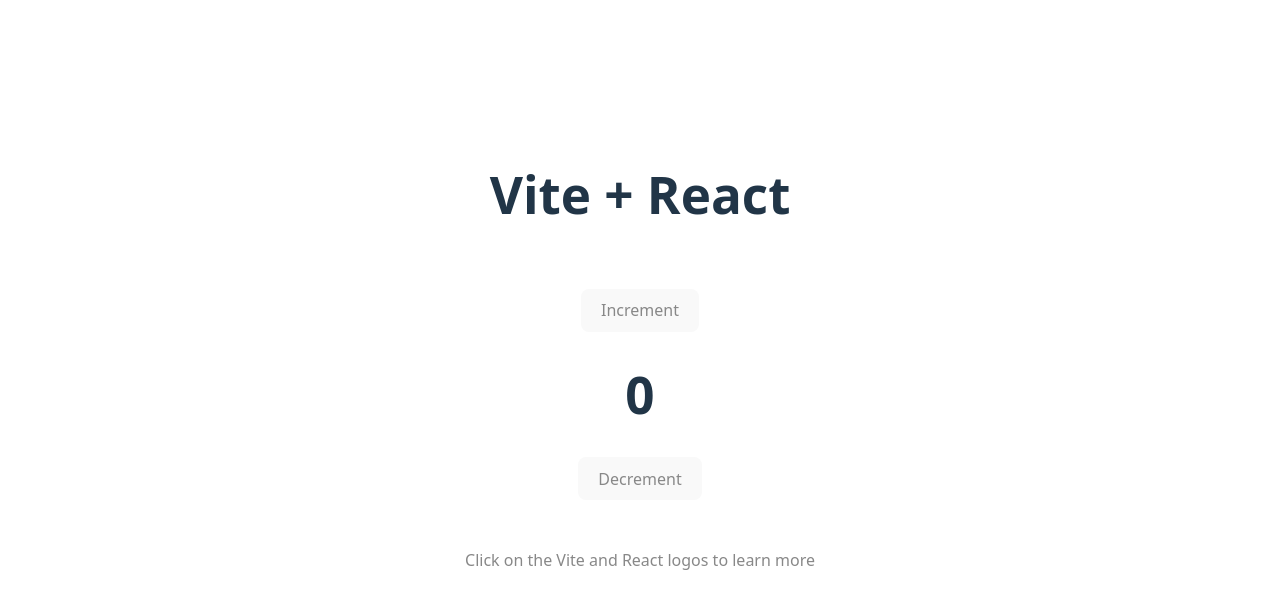
Repository: Mehebul02/coding-test
Page: /
An editor plug-in stored every save of this project. The page is shown before and after a run of saves, followed by the edit.
The browser window is 1280 px wide. The pictures show the whole page.
The project was rebuilt for these pictures with package versions that can differ from the ones it lists, and the page was loaded fresh each time. Also part of the build but not shown: vite.config.ts.

Above is the page before, as saved 2026-02-05 21:31:48.

### index.html
<!doctype html>
<html lang="en">
  <head>
    <meta charset="UTF-8" />
    <link rel="icon" type="image/svg+xml" href="/vite.svg" />
    <meta name="viewport" content="width=device-width, initial-scale=1.0" />
    <title>coding-test</title>
  </head>
  <body>
    <div id="root"></div>
    <script type="module" src="/src/main.tsx"></script>
  </body>
</html>

### src/App.tsx
import { useState } from 'react'
import './App.css'

function App() {
  const [count, setCount] = useState(0)

  const handleIncrement = () => {
    setCount(count + 1)
  }

  return (
    <>
      <div>
      </div>
      <h1>Vite + React</h1>
      <div className="card flex gap-6">
        <button onClick={handleIncrement}>
          <span className="read-the-docs">
           Increment
          </span>
        </button>
        <h1> {count} </h1>
         <button>
          <span className="read-the-docs">
           Decrement
          </span>
        </button>

      </div>
      <p className="read-the-docs">
        Click on the Vite and React logos to learn more
      </p>
    </>
  )
}

export default App

Loaded but not shown: src/main.tsx (common file); src/index.css (common file); src/App.css (common file)

After the next 4 saves:
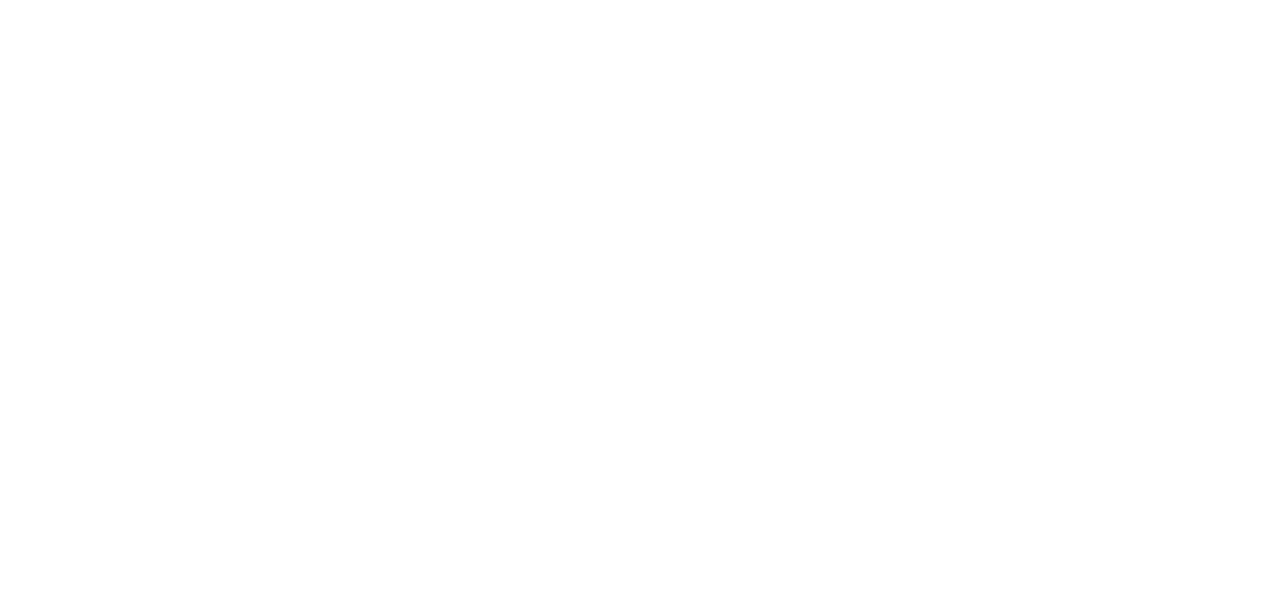
Console error: ReferenceError: handleDrement is not defined
The 4 saves are shown as one change because they came seconds apart.
The last was saved 14 s later.
--- a/src/App.tsx
+++ b/src/App.tsx
@@ -20,7 +20,7 @@
           </span>
         </button>
         <h1> {count} </h1>
-         <button>
+         <button onClick={handleDrement}>
           <span className="read-the-docs">
            Decrement
           </span>

After the 4 saves that followed:
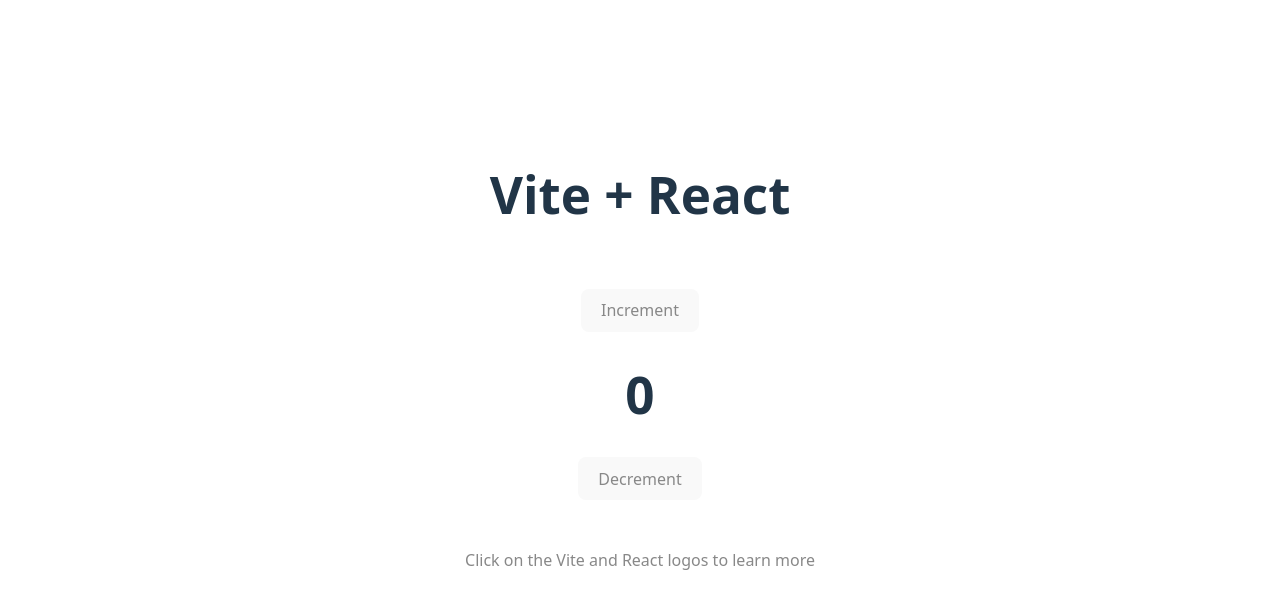
The error is gone.
The 4 saves are shown as one change because 1 left the picture as it was and some came seconds apart.
The last was saved 15 s later.
--- a/src/App.tsx
+++ b/src/App.tsx
@@ -6,6 +6,10 @@
 
   const handleIncrement = () => {
     setCount(count + 1)
+  }
+
+  const handleDrement = () => {
+    setCount(count - 1)
   }
 
   return (
